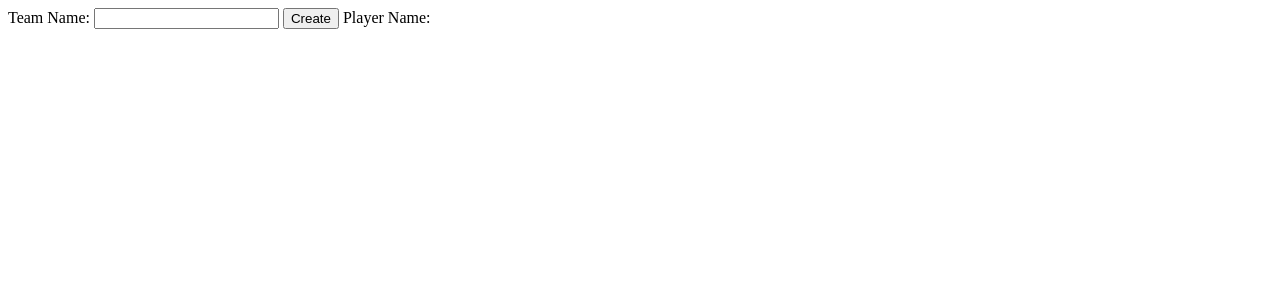
Repository: FredGlozman/SwiftScore
Page: SwiftScore/CreateTeam.html
An editor plug-in stored every save of this project. The page is shown before and after the next save, followed by the edit.
The browser window is 1280 px wide. The pictures show the whole page.

Above is the page before, as saved 2015-12-01 23:54:07.

After the next save:
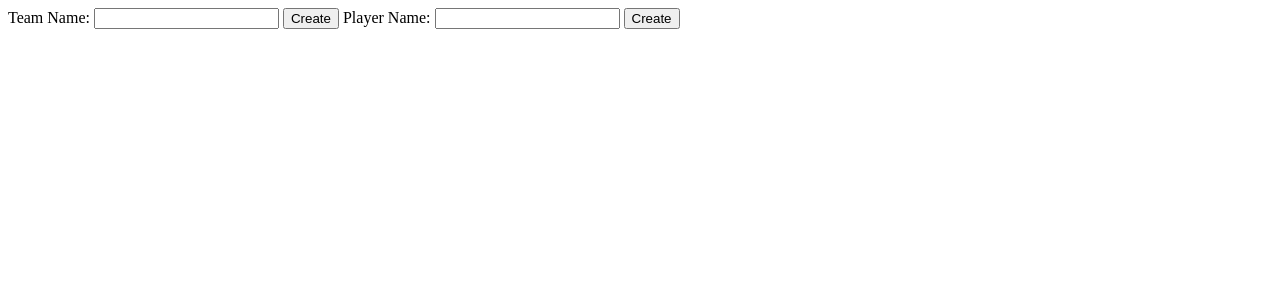
Saved 13 s later.
--- a/SwiftScore/CreateTeam.html
+++ b/SwiftScore/CreateTeam.html
@@ -5,7 +5,7 @@
 
 <form action="LeagueConfiguration.php" method="post">
 Team Name: <input type="text" name="teamName"> <input type= "submit" name= "Create" value= "Create">
-Player Name:
+Player Name: <input type="text" name="PlayerName"> <input type= "submit" name= "Create" value= "Create">
 
 </form>
 </body>
